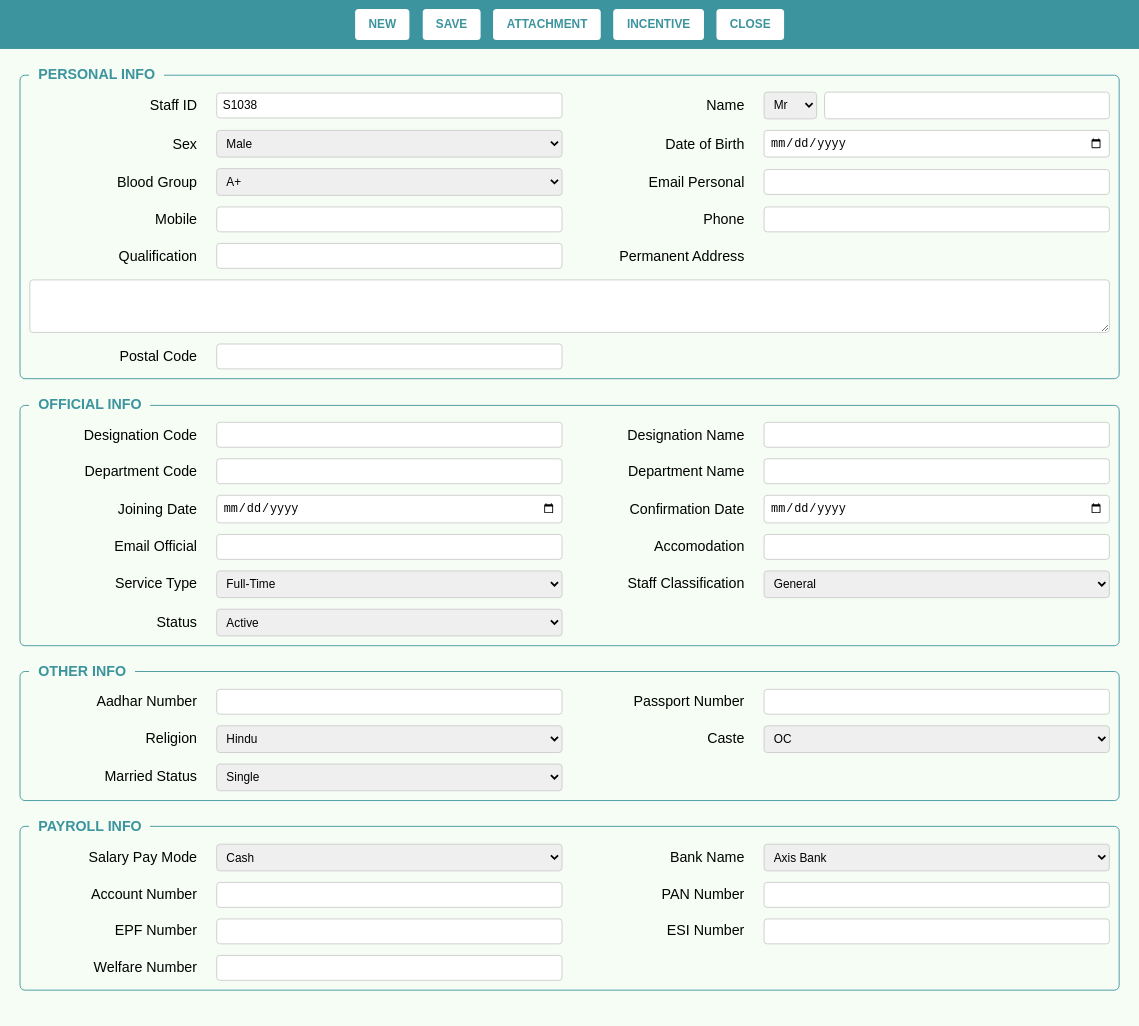
Repository: NAGENDRAN0/New
Page: http://localhost/staff
An editor plug-in stored every save of this project. The page is shown before and after the next save, followed by the edit.
The browser window is 1280 px wide. The pictures show the whole page, at 89% of full size.
The page is this project's Thymeleaf template; nobody is signed in. The template is opened directly, without the code that normally fills it, so the values that code supplies are empty.

Above is the page before, as saved 2025-05-19 07:59:06.

### Documents/workspace-spring-tool-suite-4-4.25.0.RELEASE/HMS/src/main/resources/templates/staff.html
<!DOCTYPE html>
<html lang="en">
<head>
  <meta charset="UTF-8">
  <title>Fundamental</title>
  	<link rel="icon" type="/image/Logo/png" href="/image/Logo.png" style="border-radius: 8px;">

  <style>
	body {
	  font-family: Arial, sans-serif;
	  background-color: #f5fdf4;
	  margin: 0;
	  padding: 0;
	}
	.grid {
	  grid-template-columns: 1fr 3fr 1fr 3fr; /* more space for input cells */
	}


	.header {
	  background-color: #3C949E;
	  padding: 10px;
	  text-align: center;
	}

	.header button {
	  background-color: #fff;
	  border: none;
	  padding: 10px 15px;
	  margin: 0 5px;
	  cursor: pointer;
	  font-weight: bold;
	  color: #3C949E;
	  border-radius: 4px;
	}

	.form-container {
	  padding: 20px;
	}

	fieldset {
	  border: 1px solid #3C949E;
	  margin-bottom: 20px;
	  border-radius: 6px;
	  padding: 10px;
	}

	legend {
	  font-weight: bold;
	  color: #3C949E;
	  padding: 0 10px;
	}

	.grid {
	  display: grid;
	  grid-template-columns: 1fr 2fr 1fr 2fr;
	  gap: 12px 16px;
	  align-items: center;
	}

	label {
	  text-align: right;
	  padding-right: 6px;
	  white-space: nowrap;
	}

	input, select, textarea {
	  width: 100%;
	  padding: 6px;
	  border-radius: 4px;
	  border: 1px solid #ccc;
	  box-sizing: border-box;
	}

	textarea {
	  resize: vertical;
	  min-height: 60px;
	  grid-column: span 4;
	}



	@media (max-width: 900px) {
	  .grid {
	    grid-template-columns: 1fr 1fr;
	  }

	  label {
	    text-align: left;
	  }


	}

  </style>
</head>
<body>
  <div class="header">
    <button>NEW</button>
    <button>SAVE</button>
    <button>ATTACHMENT</button>
    <button>INCENTIVE</button>
    <button>CLOSE</button>
  </div>

  <form class="form-container">
    <fieldset>
      <legend>PERSONAL INFO</legend>

		<!-- Inside fieldset -->
		<div class="grid">
		  <label>Staff ID</label>
		  <input type="text" name="staffId" value="S1038" readonly>

		  <label>Name</label>
		  <div style="display: flex; gap: 8px;">
		    <select name="prefix" style="flex: 0 0 60px;">
		      <option>Mr</option>
		      <option>Mrs</option>
		      <option>Ms</option>
		    </select>
		    <input type="text" name="name" style="flex: 1;">
		  </div>

		  <label>Sex</label>
		  <select name="sex"><option>Male</option><option>Female</option></select>

		  <label>Date of Birth</label>
		  <input type="date" name="dob">

		  <label>Blood Group</label>
		  <select name="bloodGroup">
		    <option>A+</option>
		    <option>O+</option>
		  </select>

		  <label>Email Personal</label>
		  <input type="email" name="email">

		  <label>Mobile</label>
		  <input type="tel" name="mobile">

		  <label>Phone</label>
		  <input type="tel" name="phone">

		  <label>Qualification</label>
		  <input type="text" name="qualification">

		  <label>Permanent Address</label>
		  <textarea name="permanentAddress" ></textarea>

		  <label>Postal Code</label>
		  <input type="text" name="postalCode">
		</div>
      </div>
    </fieldset>

    <fieldset>
      <legend>OFFICIAL INFO</legend>
      <div class="grid">
        <label>Designation Code</label>
        <input type="text">

        <label>Designation Name</label>
        <input type="text">

        <label>Department Code</label>
        <input type="text">

        <label>Department Name</label>
        <input type="text">

        <label>Joining Date</label>
        <input type="date">

        <label>Confirmation Date</label>
        <input type="date">

        <label>Email Official</label>
        <input type="email">

        <label>Accomodation</label>
        <input type="text">

        <label>Service Type</label>
        <select><option>Full-Time</option></select>

        <label>Staff Classification</label>
        <select><option>General</option></select>

        <label>Status</label>
        <select><option>Active</option></select>
      </div>
    </fieldset>

    <fieldset>
      <legend>OTHER INFO</legend>
      <div class="grid">
        <label>Aadhar Number</label>
        <input type="text">

        <label>Passport Number</label>
        <input type="text">

        <label>Religion</label>
        <select><option>Hindu</option></select>

        <label>Caste</label>
        <select><option>OC</option><option>BC</option></select>

        <label>Married Status</label>
        <select><option>Single</option><option>Married</option></select>
      </div>
    </fieldset>

    <fieldset>
      <legend>PAYROLL INFO</legend>
      <div class="grid">
        <label>Salary Pay Mode</label>
        <select><option>Cash</option><option>Bank</option></select>

        <label>Bank Name</label>
        <select><option>Axis Bank</option></select>

        <label>Account Number</label>
        <input type="text">

        <label>PAN Number</label>
        <input type="text">

        <label>EPF Number</label>
        <input type="text">

        <label>ESI Number</label>
        <input type="text">

        <label>Welfare Number</label>
        <input type="text">
      </div>
    </fieldset>
  </form>
</body>
</html>

After the next save:
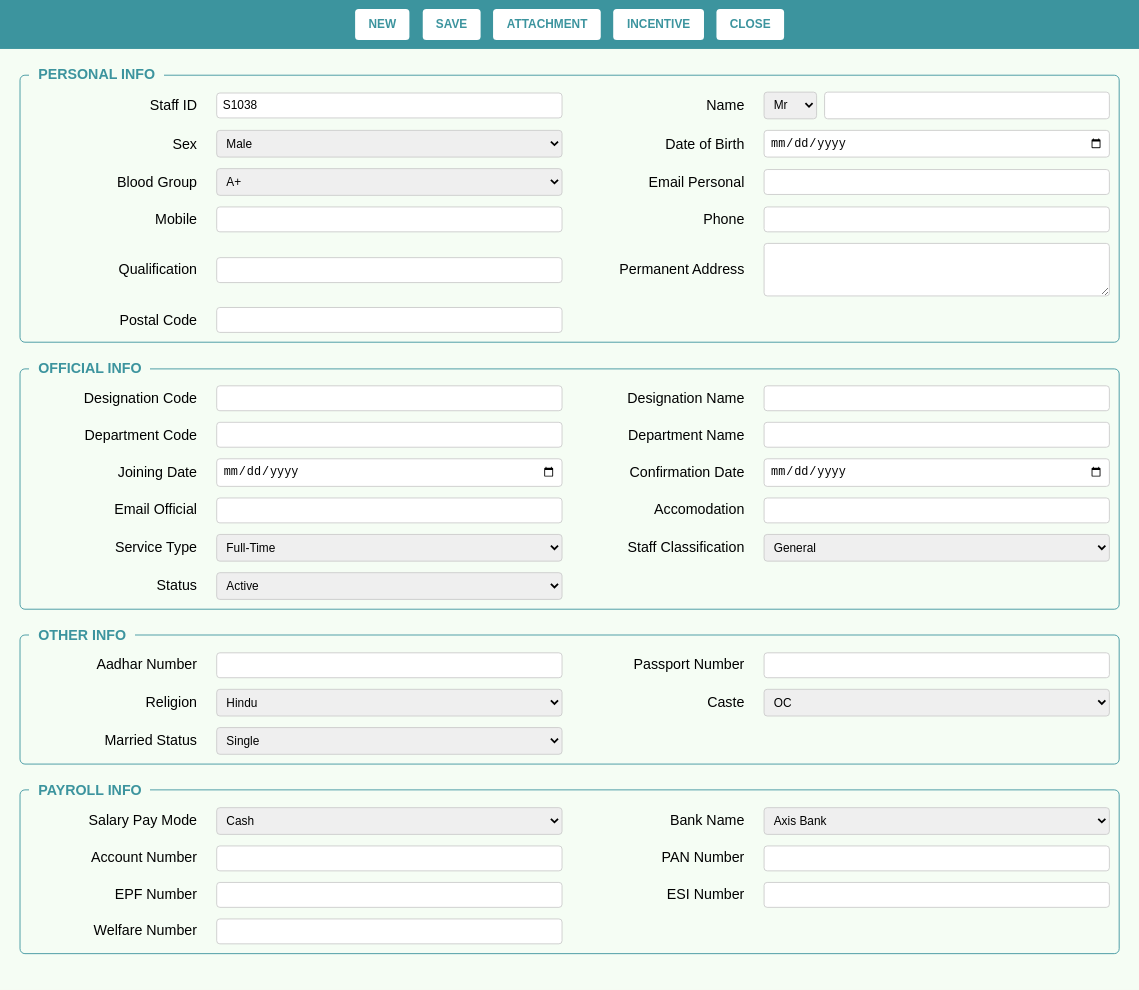
Saved 21 s later.
--- a/Documents/workspace-spring-tool-suite-4-4.25.0.RELEASE/HMS/src/main/resources/templates/staff.html
+++ b/Documents/workspace-spring-tool-suite-4-4.25.0.RELEASE/HMS/src/main/resources/templates/staff.html
@@ -75,7 +75,7 @@
 	textarea {
 	  resize: vertical;
 	  min-height: 60px;
-	  grid-column: span 4;
+
 	}
 
 
